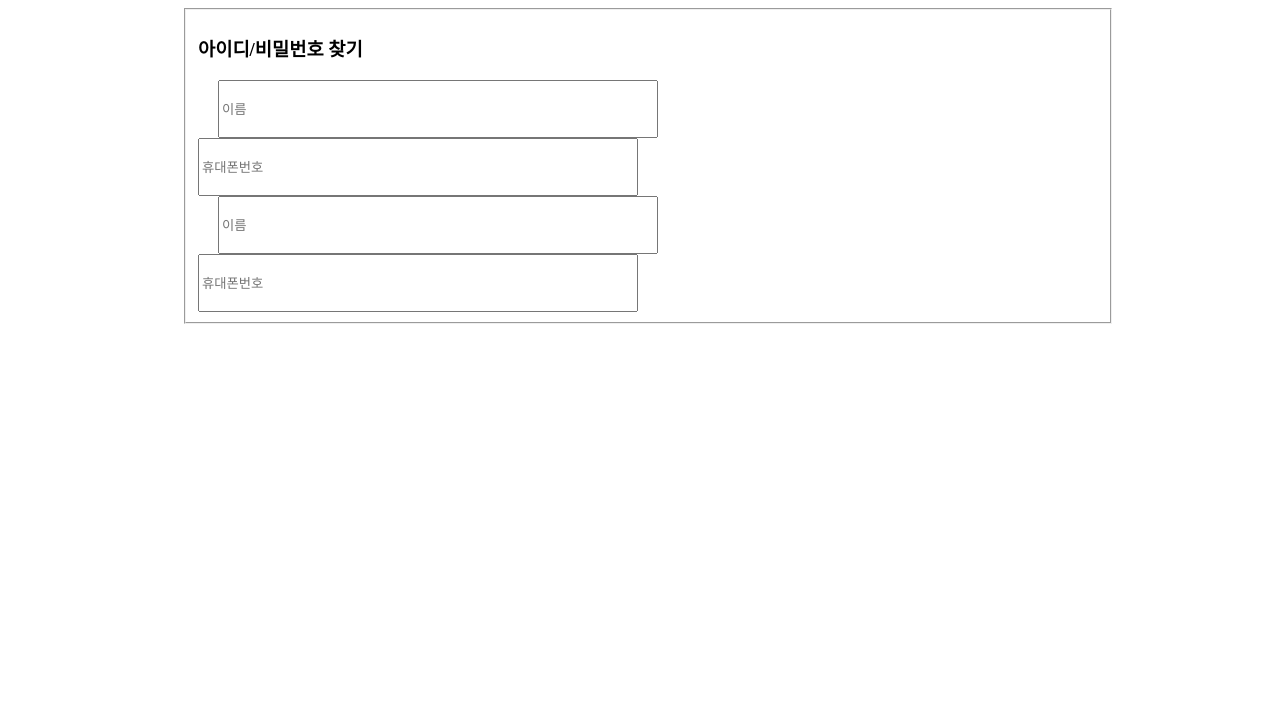
Repository: agheha/trillion
Page: YH/study_project/html/find.html
An editor plug-in stored every save of this project. The page is shown before and after the next save, followed by the edit.
The browser window is 1280 px wide. The page is 1288 px wide, so the pictures cover 1288 px, including what lies to the right of the window. The pictures show the whole page.

Above is the page before, as saved 2019-09-04 18:09:32.

### YH/study_project/html/find.html
<!DOCTYPE html>
<html lang="en">
<head>
    <meta charset="UTF-8">
    <meta name="viewport" content="width=device-width, initial-scale=1.0">
    <meta http-equiv="X-UA-Compatible" content="ie=edge">
    <title>Document</title>
    <link rel="stylesheet" href="./../css/find.css">
</head>
<body>
    <div>
        <fieldset>
            <form action="">
                <h3>아이디/비밀번호 찾기</h3>
                    <div class="row"></div>
                    <span>
                        <input class="form_find"type="text" id="name" placeholder="이름">
                        <input class="form_find"type="text" id="pass" placeholder="휴대폰번호">
                    </span>
                    <span>
                        <input class="form_find"type="text" id="name" placeholder="이름">
                        <input class="form_find"type="text" id="pass" placeholder="휴대폰번호">
                    </span>

                    <span></span>
                    <div class="row"></div>
            </form>

            </form>
        </fieldset>
    </div>
</body>
</html>

### YH/study_project/css/find.css
html,body {
    width: 100%;
    height: 100%;
}
fieldset {
    width : 900px;
    margin : 0 auto;

}
.form_find {
    width : 48%;
    height: 52px;
}
span {

    padding : 20px 20px;
}

After the next save:
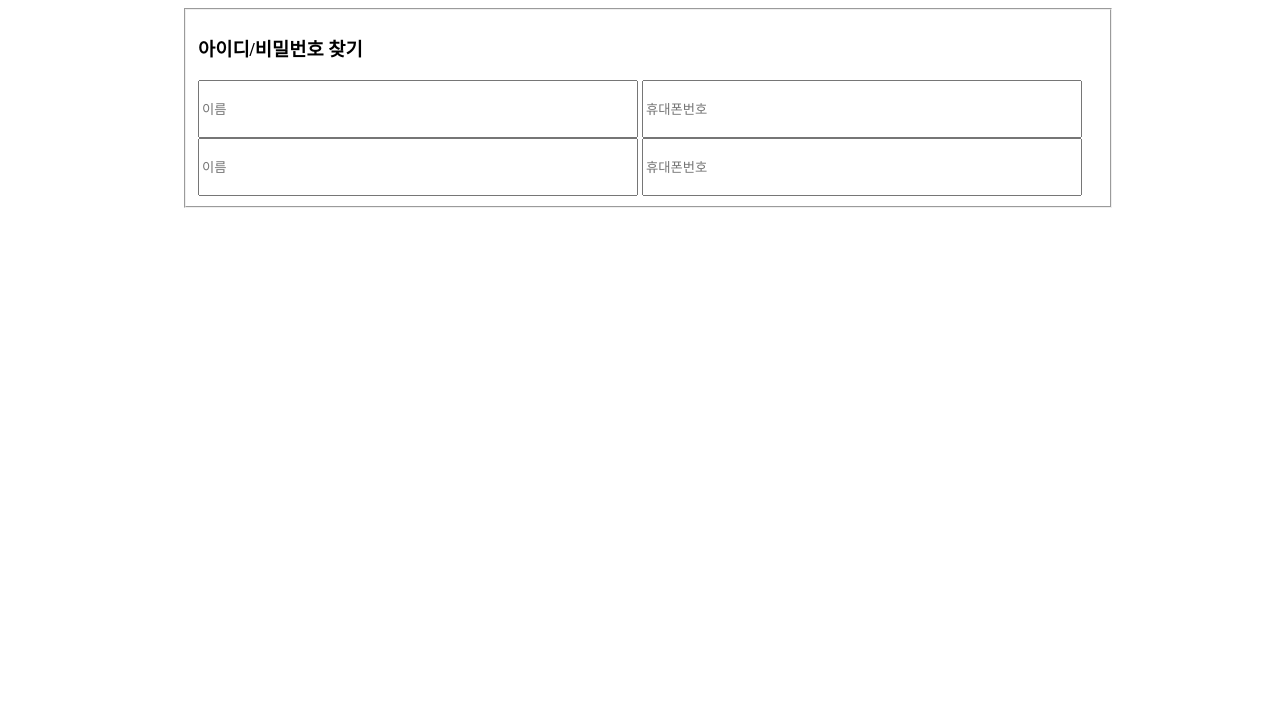
Saved 3 s later.
--- a/YH/study_project/css/find.css
+++ b/YH/study_project/css/find.css
@@ -13,5 +13,4 @@ fieldset {
 }
 span {
 
-    padding : 20px 20px;
 }
